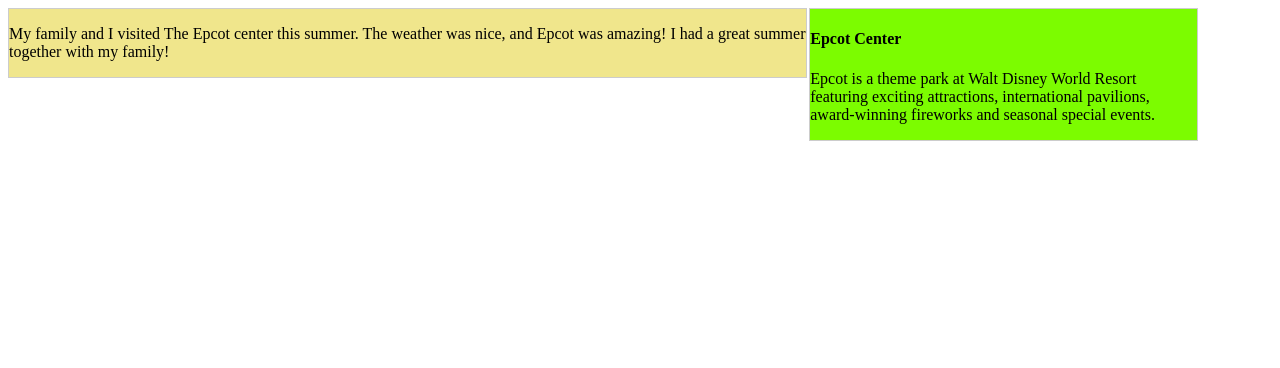
Repository: bjnabs/mws-workshop01
Page: index.html
An editor plug-in stored every save of this project. The page is shown before and after the next save, followed by the edit.
The browser window is 1280 px wide. The pictures show the whole page.

Above is the page before, as saved 2020-07-04 09:56:21.

After the next save:
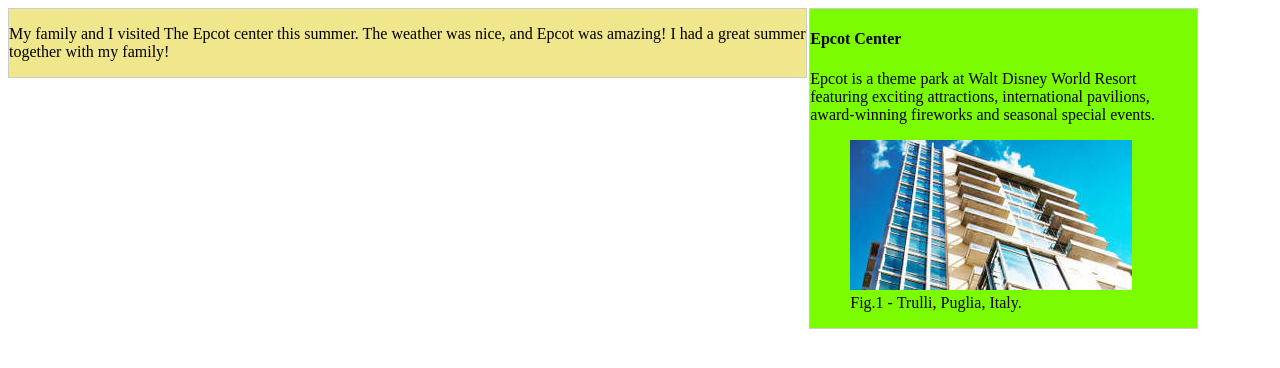
Saved 2 min 4 s later.
--- a/index.html
+++ b/index.html
@@ -13,10 +13,14 @@
         </section>
 
 
-<aside>
-  <h4>Epcot Center</h4>
-  <p>Epcot is a theme park at Walt Disney World Resort featuring exciting attractions, international pavilions, award-winning fireworks and seasonal special events.</p>
-</aside>
+        <aside>
+        <h4>Epcot Center</h4>
+        <p>Epcot is a theme park at Walt Disney World Resort featuring exciting attractions, international pavilions, award-winning fireworks and seasonal special events.</p>
+        <figure>
+            <img src="/images/pic01.jpg" alt="Trulli">
+            <figcaption>Fig.1 - Trulli, Puglia, Italy.</figcaption>
+        </figure>
+    </aside>
 
       </div>
 </body>
